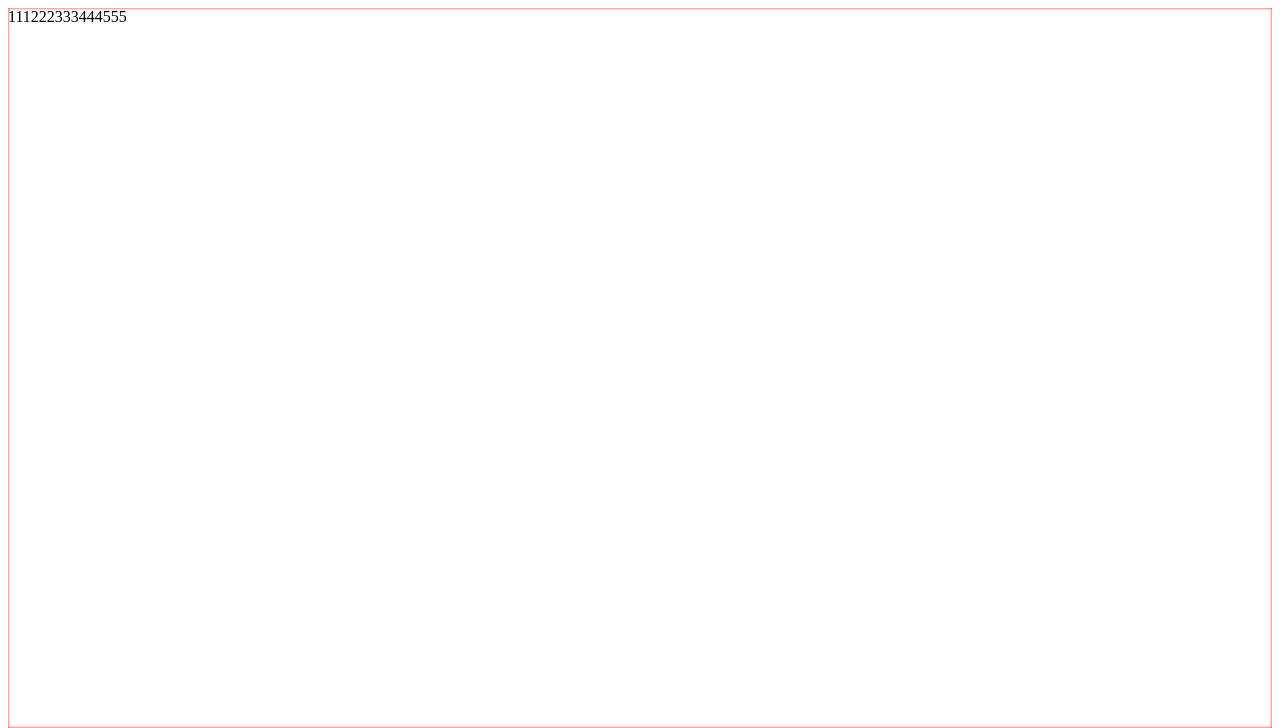
Repository: Joamg/Joamg.github.io
Page: miao/oald-layout-flex.html
These files come from the project's save history. The page is drawn as it stood at one moment and after the next save; the edit follows.
The browser window is 1280 px wide. The pictures show the whole page.

Above is the page before, as saved 2021-05-27 20:15:20.

After the next save:
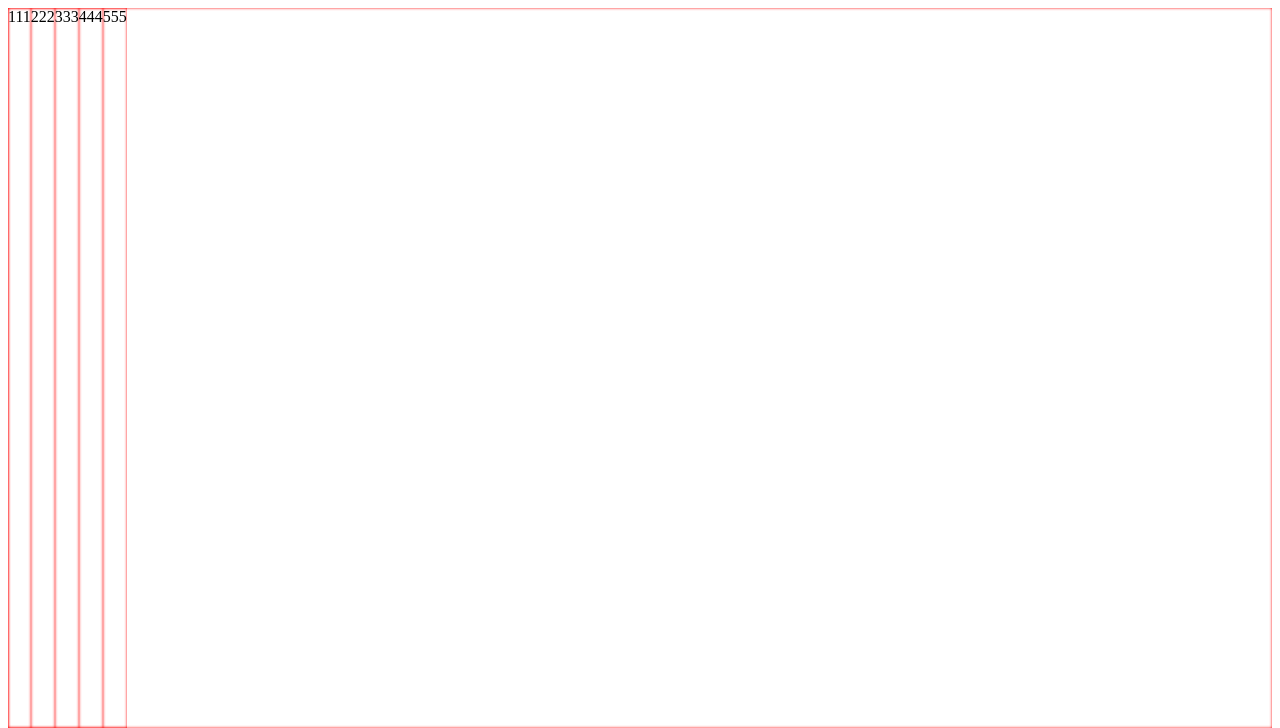
Saved 8 s later.
--- a/miao/oald-layout-flex.html
+++ b/miao/oald-layout-flex.html
@@ -21,6 +21,7 @@
   }
   div {
     display: flex;
+    box-shadow: inset  0 0 3px red;
 
   }
   </style>
